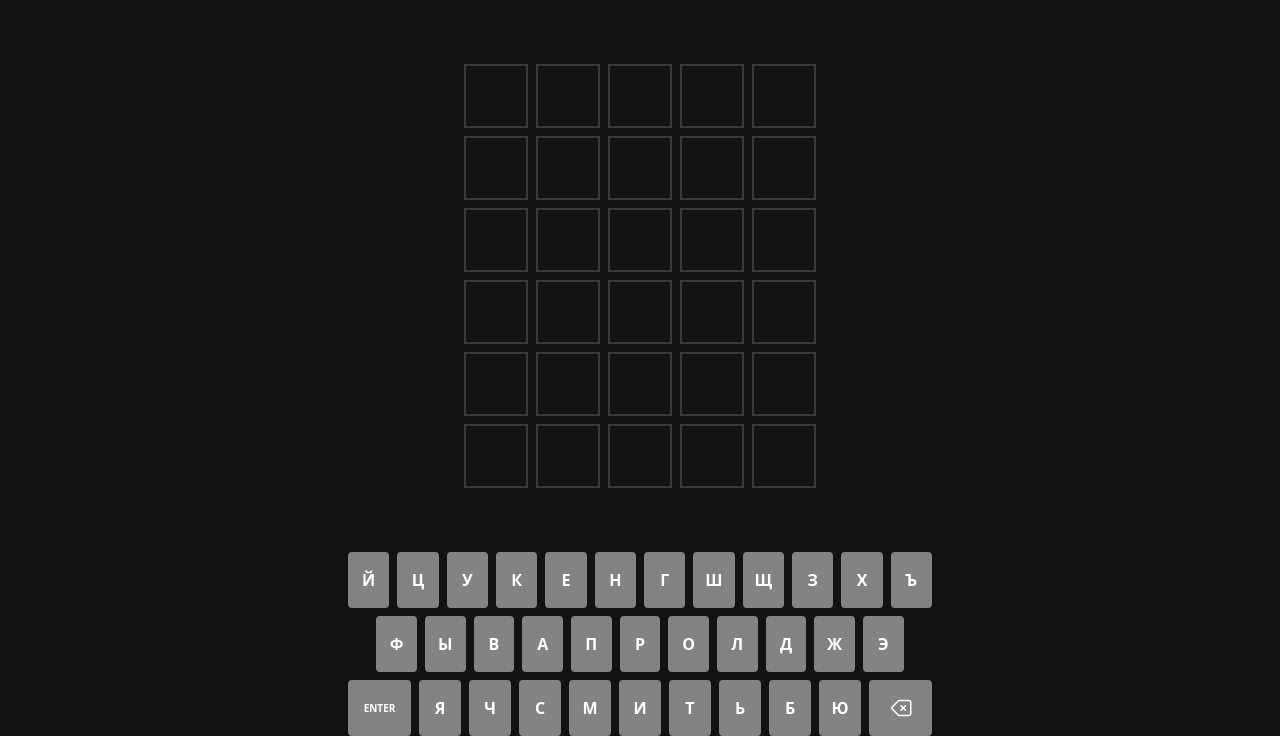
Repository: maxempolk/wordle-app
Page: / (app in frontend/)
An editor plug-in stored every save of this project. The page is shown before and after the next save, followed by the edit.
The browser window is 1280 px wide. The pictures show the whole page.
The page's requests for data from a server got no answer. The project was rebuilt for these pictures with package versions that can differ from the ones it lists, and the page was loaded fresh each time. No one was signed in, and anything a server would have sent is missing. Also part of the build but not shown: frontend/vite.config.ts, frontend/src/components/ResultModal.vue.

Above is the page before, as saved 2025-02-24 00:52:55.

### frontend/src/main.ts
import './assets/main.css'
import { createApp } from 'vue'
import { createPinia } from 'pinia'
import App from './App.vue'
import { useRealWordStore } from './stores/realWord'

const app = createApp(App)

app.use(createPinia())

useRealWordStore().fetchWord()

app.mount('#app')

### frontend/src/assets/main.css
@import 'tailwindcss';

body {
  background-color: #121213;
}

### frontend/src/App.vue
<!-- <script setup lang="ts">
import { computed, onMounted, ref, useTemplateRef } from 'vue'
import theLetter from './components/TheLetter.vue'
import theKeyboard from '@/components/TheKeyboard.vue'
import theMessage from './components/TheMessage.vue'
import ResultModal from './components/ResultModal.vue'
import { useRealWordStore } from './stores/realWord'
import { useUsedLettersStore } from './stores/usedLetters'
import { useUserWordStore } from './stores/usrWord'

const realWordStore = useRealWordStore()
const usrWordStore = useUserWordStore()

const words = ref<string[]>([])
const usedLettersStore = useUsedLettersStore()

type letterType = InstanceType<typeof theLetter>
type messageType = InstanceType<typeof theMessage>
const letters = useTemplateRef<letterType[]>('letter')
const messageComp = useTemplateRef<messageType>('messageComp')

const messageValue = ref('')
const isWin = ref(false)


const slotsForCurrentWord = computed(() => {
  return Array.from({ length: 5 }, (_, i) => words.value.length * 5 + i)
})

const getLetter = (index: number) => letters.value?.[index]

const shakeCurrentWord = () => {
  slotsForCurrentWord.value.forEach((slot) => {
    const el = getLetter(slot)
    if (el) el.shakeIt()
  })
}

const enterWord = async () => {
  const currentWord = usrWordStore.word

  if (currentWord.length != 5) {
    showError('Not enough letter')
    shakeCurrentWord()
    return
  }

  const isReal = await isRealWord(currentWord)

  if (!isReal) {
    showError('Not in word list')
    shakeCurrentWord()
    return
  }

  const wordState = wordleAlgh(usrWordStore.word, realWordStore.word || '')
  const currentSlots = slotsForCurrentWord.value
  isWin.value = wordState.every((item) => item === 'placed')

  const animateLetter = (index: number) => {
    const letter = getLetter(currentSlots[index])
    if (letter) {
      letter.completeAnimation(wordState[index])
    }
  }

  currentSlots.forEach((_, index) => {
    setTimeout(() => requestAnimationFrame(() => animateLetter(index)), 300 * index)
  })

  Promise.all([
    wordState.forEach((state, index) => usedLettersStore.addToBuffer(currentWord[index], state)),
    completeWord(),
  ]).then(() => {
    setTimeout(() => usedLettersStore.save(), 300 * 5)
  })
}

const popLetter = () => {
  if (usrWordStore.word.length == 0) {
    showError('Not a single letter')
    shakeCurrentWord()
  } else usrWordStore.popLetter()
}

const rawData = computed(() => {
  return words.value.reduce((word1, word2) => word1 + word2, '') + usrWordStore.word
})

const handleKeydown = (e: KeyboardEvent) => {
  switch (e.key) {
    case 'Enter':
      enterWord()
      break
    case 'Backspace':
      popLetter()
      break
    default:
      usrWordStore.addLetter(e.key)
  }
}

onMounted(() => {
  addEventListener('keydown', handleKeydown)
})
</script> -->

<script setup lang="ts">
import theMessage from './components/TheMessage.vue'
import ResultModal from './components/ResultModal.vue'
import theLetter from './components/TheLetter.vue'
import theKeyboard from './components/TheKeyboard.vue'
import { useUserWordStore } from './stores/usrWord'
import { useGameLogic } from './composables/useGameLogic'
import { onMounted, ref, computed, useTemplateRef } from 'vue'

const usrWordStore = useUserWordStore()
const words = ref([])
const messageValue = ref('')
const messageComp = ref(null)

type letterType = InstanceType<typeof theLetter>
const letters = useTemplateRef<letterType[]>('letter')

const { enterWord, popLetter, stateOfGame } = useGameLogic(words, messageValue, messageComp, letters)

const rawData = computed(() => {
  return words.value.reduce((word1, word2) => word1 + word2, '') + usrWordStore.word
})

const handleKeydown = (e: KeyboardEvent) => {
  switch (e.key) {
    case 'Enter':
      enterWord()
      break
    case 'Backspace':
      popLetter()
      break
    default:
      usrWordStore.addLetter(e.key)
  }
}

onMounted(() => {
  addEventListener('keydown', handleKeydown)
})
</script>

<template>
  <ResultModal :result="words" v-if="isWin" />
  <theMessage :model-value="messageValue" ref="messageComp" />
  <div
    class="flex w-screen h-screen justify-between items-center flex-col pt-[15%] pb-[5%] sm:py-[5%]"
  >
    <div class="grid gap-2 grid-cols-5 w-fit">
      <theLetter v-for="i in 30" :key="i" :model-value="rawData[i - 1]" ref="letter" />
    </div>
    <theKeyboard @enterWord="enterWord" @backspace="popLetter" class="sm:mt-16" />
  </div>
</template>

### frontend/src/stores/realWord.ts
import { defineStore } from 'pinia';
import { getWord } from '@/api/getWord';

interface RealWordState {
  word: string | null;
}

export const useRealWordStore = defineStore('realWord', {
  state: (): RealWordState => ({
    word: null,
  }),
  actions: {
    async fetchWord(): Promise<void> {
      this.word = await getWord();
    },
  },
});

export type RealWordStore = ReturnType<typeof useRealWordStore>;

### frontend/src/components/TheMessage.vue
<script setup lang="ts">
import { ref } from 'vue'

defineProps<{
  modelValue: string
}>()

const isAnimated = ref(false)
const isVanishing = ref(false)
const isHidden = ref(true)

const vanishIt = () => {
  isVanishing.value = true

  setTimeout(() => {
    isHidden.value = true
    isVanishing.value = false
  }, 990)
}

const animateIt = () => {
  if (isAnimated.value) return

  isHidden.value = false
  isAnimated.value = true

  setTimeout(() => {
    isAnimated.value = false
    vanishIt()
  }, 1500)
}

defineExpose({ animateIt, isHidden })
</script>

<template>
  <div class="fixed flex w-screen justify-center top-5 z-[999]">
    <div
      class="bg-white rounded-md text-black text-md py-2 px-4 select-none"
      :class="{ drive: isAnimated, vanish: isVanishing, hidden: isHidden }"
    >
      {{ modelValue }}
    </div>
  </div>
</template>

<style scoped>
@keyframes driveAnimation {
  0% {
    transform: translateY(-100px);
  }
  100% {
    transform: translateY(0);
  }
}

@keyframes vanishAnimation {
  0% {
    opacity: 1;
  }
  100% {
    opacity: 0;
  }
}

.vanish {
  animation: 1s vanishAnimation linear;
}

.drive {
  animation: 0.5s driveAnimation ease-out;
}
</style>

### frontend/src/components/TheLetter.vue
<script setup lang="ts">
import { computed, ref, watch } from 'vue'
import { type State } from '@/types/state'
import { stateToColor } from '@/utils/stateToColor'

const props = defineProps<{
  modelValue?: string
}>()

const isRotated = ref(false)
const isScaled = ref(false)
const isShaked = ref(false)
const colors = ref<string[]>([])

const scaleAnimation = () => {
  isScaled.value = true

  setTimeout(() => {
    isScaled.value = false
  }, 150)
}

const shakeIt = () => {
  if (isShaked.value) return
  isShaked.value = true

  setTimeout(() => {
    isShaked.value = false
  }, 1000)
}

const completeAnimation = (state: State) => {
  isRotated.value = true

  setTimeout(() => {
    colors.value = stateToColor(state)
  }, 150)
}

const borderDefaultColor = computed(() => {
  if (isRotated.value) return ''
  if (props.modelValue == undefined) if (props.modelValue === undefined) return 'border-[#3A3A3C]'
  return 'border-[#565758]'
})

watch(
  () => props.modelValue,
  () => {
    scaleAnimation()
  },
)

defineExpose({ completeAnimation, shakeIt })
</script>

<template>
  <div
    class="w-14 h-14 md:w-16 md:h-16 border-2 text-white flex justify-center items-center text-3xl uppercase duration-150"
    :class="[
      ...colors,
      borderDefaultColor,
      { rotateAnimation: isRotated },
      { 'scale-110': isScaled },
      { shakeAnimation: isShaked },
    ]"
    ref="block"
  >
    {{ modelValue }}
  </div>
</template>

<style scoped>
@keyframes rotateAnimationKeyFrames {
  0% {
    transform: scaleY(1);
  }
  50% {
    transform: scaleY(0);
  }
  100% {
    transform: scaleY(1);
  }
}

@keyframes shake {
  0%,
  100% {
    transform: translateX(0);
  }
  10% {
    transform: translateX(-20px);
  }
  20% {
    transform: translateX(15px);
  }
  30% {
    transform: translateX(-10px);
  }
  40% {
    transform: translateX(5px);
  }
  50% {
    transform: translateX(-2px);
  }
  60% {
    transform: translateX(1px);
  }
  70% {
    transform: translateX(0);
  }
}

.rotateAnimation {
  animation: rotateAnimationKeyFrames 0.3s linear;
}

.shakeAnimation {
  animation: shake 0.6s linear;
}
</style>

### frontend/src/components/TheKeyboard.vue
<script setup lang="ts">
import TheKeyboardLetter from './TheKeyboardLetter.vue'
import TheBackspaceKey from './TheBackspaceKey.vue'
import { useUserWordStore } from '@/stores/usrWord'

const alph1 = 'ЙЦУКЕНГШЩЗХЪ'
const alph2 = 'ФЫВАПРОЛДЖЭ'
const alph3 = 'ЯЧСМИТЬБЮ'

const emit = defineEmits(['enterWord', 'backspace'])

const userWordStore = useUserWordStore()

const keyPress = (char: string) => {
  userWordStore.addLetter(char)
}
</script>

<template>
  <div class="grid gap-1 sm:gap-2 w-full sm:w-150 px-2">
    <div class="row top-row gap-1 sm:gap-2">
      <TheKeyboardLetter
        :model-value="char"
        v-for="char in alph1"
        :key="'letter-' + char"
        @click="keyPress(char)"
      />
    </div>

    <div class="row middle-row gap-1 sm:gap-2">
      <div></div>
      <TheKeyboardLetter
        :model-value="char"
        v-for="char in alph2"
        :key="'letter-' + char"
        @click="keyPress(char)"
      />
      <div></div>
    </div>

    <div class="row bottom-row gap-1 sm:gap-2">
      <TheKeyboardLetter :model-value="'Enter'" @click="emit('enterWord')" class="text-[10px]" />
      <TheKeyboardLetter
        v-for="char in alph3"
        :key="'letter-' + char"
        :model-value="char"
        @click="keyPress(char)"
      />
      <theBackspaceKey @click="emit('backspace')" />
    </div>
  </div>
</template>

<style scoped>
.row {
  display: grid;
}

.top-row {
  grid-template-columns: repeat(12, 1fr);
}

.middle-row {
  grid-template-columns: 0.5fr repeat(11, 1fr) 0.5fr;
}

.bottom-row {
  grid-template-columns: 1.5fr repeat(9, 1fr) 1.5fr;
}
</style>

### frontend/src/stores/usrWord.ts
import { defineStore } from 'pinia'
import { isLetter } from '../utils/letter'

export const useUserWordStore = defineStore('userWord', {
  state: () => ({
    word: '',
  }),
  getters: {},
  actions: {
    popLetter() {
      this.word = this.word.slice(0, -1)
    },
    addLetter(letter: string) {
      if (isLetter(letter) && this.word.length < 5) this.word += letter
    },
    clear() {
      this.word = ''
    },
  },
})

### frontend/src/composables/useGameLogic.ts
import { isRealWord } from '@/api/isRealWord'
import type theMessage from '@/components/TheMessage.vue'
import type theLetter from '@/components/TheLetter.vue'
import { useRealWordStore } from '@/stores/realWord'
import { useUsedLettersStore } from '@/stores/usedLetters'
import { useUserWordStore } from '@/stores/usrWord'
import { wordleAlgh } from '@/utils/wordle'
import { computed, ref, type Ref } from 'vue'
import { useAnimations } from './useAnimations';
import { type gameState } from '@/types/gameState'

type messageType = InstanceType<typeof theMessage>
type letterType = InstanceType<typeof theLetter>

export function useGameLogic(
  words: Ref<string[]>,
  messageValue: Ref<string>,
  messageComp: Ref<messageType | null>,
  letters: Ref<letterType[] | null>
) {
  const usrWordStore = useUserWordStore()
  const realWordStore = useRealWordStore()
  const usedLettersStore = useUsedLettersStore()
  const stateOfGame = ref<gameState>('in-game')

  const { shakeCurrentWord, completeWord } = useAnimations(letters);

  const slotsForCurrentWord = computed(() => {
    return Array.from({ length: 5 }, (_, i) => words.value.length * 5 + i)
  })

  const popLetter = () => {
    if (usrWordStore.word.length == 0) {
      showError('Not a single letter')
      shakeCurrentWord(slotsForCurrentWord.value)
    } else usrWordStore.popLetter()
  }

  const showError = (message: string) => {
    if (messageComp.value?.isHidden) {
      messageComp.value.animateIt()
      messageValue.value = message
    }
  }

  const enterWord = async () => {
    const isReal = await isRealWord(usrWordStore.word)
    if (!isReal) {
      showError('Not in word list')
      shakeCurrentWord( slotsForCurrentWord.value )
      return
    }
    if (usrWordStore.word.length !== 5) {
      showError('Not enough letter')
      shakeCurrentWord( slotsForCurrentWord.value )
      return
    }

    const wordState = wordleAlgh(usrWordStore.word, realWordStore.word || '')

    if(wordState.every((item) => item === 'placed'))  'win'
    if(words.value.length == 6) return 'lose'

    wordState.forEach((state, index) => {
      usedLettersStore.addToBuffer(usrWordStore.word[index], state)
    })

    setTimeout(() => usedLettersStore.save(), 1500)

    completeWord(slotsForCurrentWord.value, wordState)

    words.value.push(usrWordStore.word)
    usrWordStore.clear()
  }

  return { enterWord, popLetter, stateOfGame }
}

### frontend/src/api/getWord.ts
// import { AxiosError } from 'axios';
import { api } from './index'
import { AxiosError } from 'axios';

interface WordResponse {
  word: string;
}

export async function getWord(): Promise<string | null> {
  try {
    const response = await api.get<WordResponse>('/word');
    return response.data.word;
  } catch (error) {
    if (error instanceof AxiosError) {
      console.error('API error:', error.message);
      if (error.response?.status === 404) {
        console.error('Word not found');
      }
    } else {
      console.error('Unexpected error:', error);
    }
    return null;
  }
}

### frontend/src/utils/stateToColor.ts
import { type State } from "@/types/state"

export const stateToColor = (state: State) => {
  if (state == 'placed') return ['bg-[#548D4F]', 'border-[#548D4F]']
  else if (state == 'in-word') return ['bg-[#B69F3B]', 'border-[#B69F3B]']
  return ['bg-[#3A3A3C]', 'border-[#3A3A3C]']
  // else if (state == 'wrong') return 'bg-[#3A3A3C]'
}

### frontend/src/components/TheKeyboardLetter.vue
<script setup lang="ts">
import { type State } from '@/types/state'
import { useUsedLettersStore } from '@/stores/usedLetters'
import { computed, ref } from 'vue'

const usedLettersStore = useUsedLettersStore()
const isScaled = ref(false)

const props = defineProps<{
  modelValue: string
}>()

const stateToBackground = (state: State | 'empty') => {
  if (state == 'placed') return 'bg-[#548D4F]'
  else if (state == 'in-word') return 'bg-[#B69F3B]'
  else if (state == 'wrong') return 'bg-[#3A3A3C]'
  return 'bg-[#818384]'
}

const state = computed(() => {
  const obj = usedLettersStore.letters.find((item) => {
    return item.letter.toLowerCase() === props.modelValue.toLowerCase()
  })
  if (obj === undefined) return 'empty'
  return obj.state
})

const scaleAnimation = () => {
  isScaled.value = true

  setTimeout(() => {
    isScaled.value = false
  }, 100)
}
</script>

<template>
  <button
    class="flex-1 h-12 sm:h-14 rounded-sm flex justify-center items-center uppercase text-white font-bold cursor-pointer select-none keyboardLetterButton duration-100"
    :class="[stateToBackground(state), { 'scale-110': isScaled }]"
    @click="scaleAnimation"
  >
    {{ modelValue }}
  </button>
</template>

### frontend/src/components/TheBackspaceKey.vue
<script setup lang="ts">
import { ref } from 'vue'

const isScaled = ref(false)

const scaleAnimation = () => {
  if (isScaled.value) return
  isScaled.value = true

  setTimeout(() => {
    isScaled.value = false
  }, 100)
}
</script>

<template>
  <div
    class="flex-1 h-12 sm:h-14 rounded-sm flex justify-center items-center uppercase text-white font-bold cursor-pointer select-none bg-[#818384] duration-100"
    :class="{ 'scale-110': isScaled }"
    @click="scaleAnimation"
  >
    <svg
      xmlns="http://www.w3.org/2000/svg"
      fill="none"
      viewBox="0 0 24 24"
      stroke-width="1.5"
      stroke="currentColor"
      class="size-6"
    >
      <path
        stroke-linecap="round"
        stroke-linejoin="round"
        d="M12 9.75 14.25 12m0 0 2.25 2.25M14.25 12l2.25-2.25M14.25 12 12 14.25m-2.58 4.92-6.374-6.375a1.125 1.125 0 0 1 0-1.59L9.42 4.83c.21-.211.497-.33.795-.33H19.5a2.25 2.25 0 0 1 2.25 2.25v10.5a2.25 2.25 0 0 1-2.25 2.25h-9.284c-.298 0-.585-.119-.795-.33Z"
      />
    </svg>
  </div>
</template>

### frontend/src/utils/letter.ts
export function isLetter(char: string): boolean {
  return char.length == 1 && /[а-яА-Я]/.test(char)
}

### frontend/src/api/isRealWord.ts
// import { AxiosError } from 'axios';
import { api } from './index'
import { AxiosError } from 'axios'

interface isRealResponse {
  isReal: boolean
}

export async function isRealWord(word: string): Promise<boolean> {
  try {
    const response = await api.get<isRealResponse>('/isReal', {
      params: {
        word: word,
      },
    })
    return response.data.isReal
  } catch (error) {
    if (error instanceof AxiosError) {
      console.error('API error:', error.message)
      if (error.response?.status === 404) {
        console.error('Word not found')
      }
    } else {
      console.error('Unexpected error:', error)
    }
    return false
  }
}

### frontend/src/stores/usedLetters.ts
import { defineStore } from 'pinia'
import { type KeyboardLetter } from '@/types/keyboardLetters'
import type { State } from '@/types/state'

export const useUsedLettersStore = defineStore('usedLetters', {
  state: () => ({
    used: [] as KeyboardLetter[],
    buffer: [] as KeyboardLetter[],
  }),
  getters: {
    letters: (state) => state.used,
  },
  actions: {
    add(letter: string, state: State) {
      this.used.push({ letter: letter, state: state })
    },
    addToBuffer(letter: string, state: State) {
      this.buffer.push({ letter: letter, state: state })
    },
    save() {
      this.used = this.used.concat(this.buffer)
    },
  },
})

### frontend/src/utils/wordle.ts
import type { State } from '@/types/state'

export function wordleAlgh(guess: string, secretWord: string): State[] {
  guess = guess.toLowerCase()
  secretWord = secretWord.toLowerCase()

  if (guess.length !== secretWord.length) {
    throw new Error('Words must be of the same length')
  }

  const result: State[] = Array(guess.length).fill('wrong')
  const secretWordCount: { [key: string]: number } = {}

  for (const char of secretWord) {
    secretWordCount[char] = (secretWordCount[char] || 0) + 1
  }

  for (let i = 0; i < guess.length; i++) {
    if (guess[i] === secretWord[i]) {
      result[i] = 'placed'
      secretWordCount[guess[i]]--
    }
  }

  for (let i = 0; i < guess.length; i++) {
    if (result[i] === 'wrong' && secretWordCount[guess[i]] > 0) {
      result[i] = 'in-word'
      secretWordCount[guess[i]]--
    }
  }

  return result
}

### frontend/src/composables/useAnimations.ts
import theLetter from "@/components/TheLetter.vue"
import type { State } from "@/types/state";
import type { Ref } from "vue";

type letterType = InstanceType<typeof theLetter>

export function useAnimations(letters: Ref<letterType[] | null>) {
  const getLetter = (slot: number) => letters.value?.[slot];

  const shakeCurrentWord = (slots: number[]) => {
    slots.forEach((slot) => {
      const el = getLetter(slot);
      if (el) el.shakeIt();
    });
  };

  const completeWord = (slots: number[], states: State[]) => {
    slots.forEach((slot, index) => {
      setTimeout(() => requestAnimationFrame(() => letters.value?.[slot].completeAnimation(states[index])), 300 * index)
    })
  }


  return { shakeCurrentWord, completeWord };
}

### frontend/src/api/index.ts
import axios from "axios";

// TODO: сделать проверку на существование VITE_APP_API_URL если что вывести заметную ошибку
export const api = axios.create({
  baseURL: import.meta.env.VITE_APP_API_URL,
  timeout: 5000,
  headers: {
    'Content-Type': 'application/json',
  },
});

Loaded but not shown: frontend/index.html (common file)

After the next save:
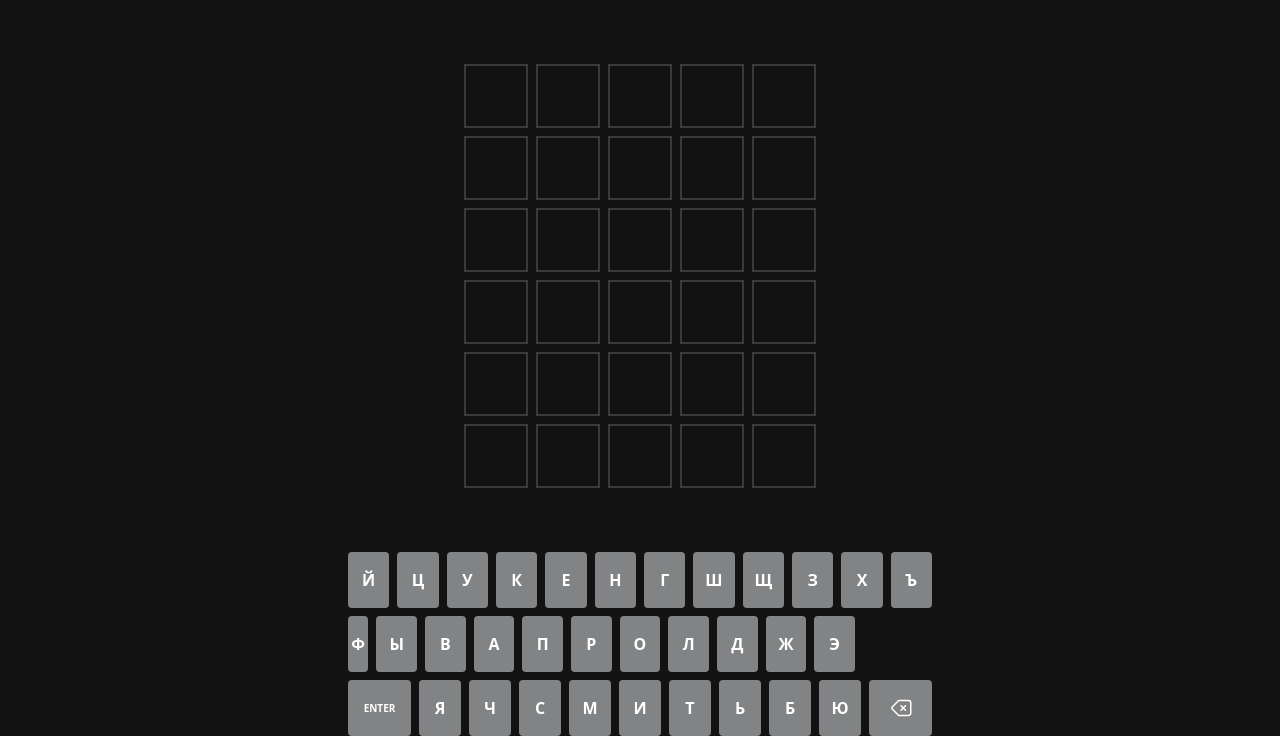
Saved 91 s later.
--- a/frontend/src/components/TheKeyboard.vue
+++ b/frontend/src/components/TheKeyboard.vue
@@ -28,14 +28,12 @@ const keyPress = (char: string) => {
     </div>
 
     <div class="row middle-row gap-1 sm:gap-2">
-      <div></div>
       <TheKeyboardLetter
         :model-value="char"
         v-for="char in alph2"
         :key="'letter-' + char"
         @click="keyPress(char)"
       />
-      <div></div>
     </div>
 
     <div class="row bottom-row gap-1 sm:gap-2">
